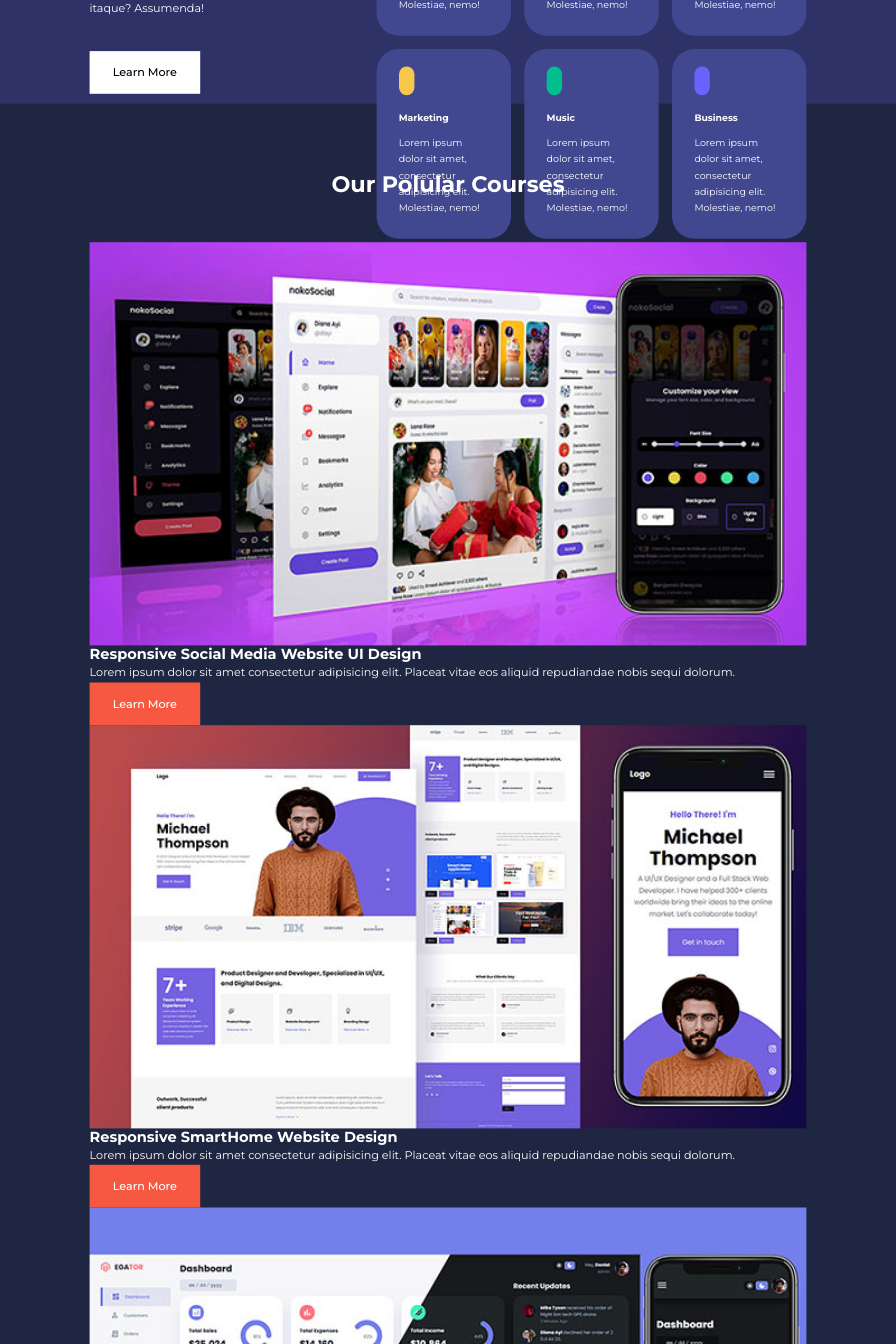
Repository: QUANGTHAI2003/education-web
Page: index.html
The author's editor kept a copy of each file at every save. The page is drawn from the files as they stood at one save, then again after the next save.
The browser window is 1280 px wide. The pictures show the part of the page from y = 900 to 2820 px (the page is 3410 px tall before and 3570 px after), at 70% of full size.
Some icons come from a web library that is not loaded, so they are not drawn.

Above is the page before, as saved 2022-03-11 14:41:07.

After the next save:
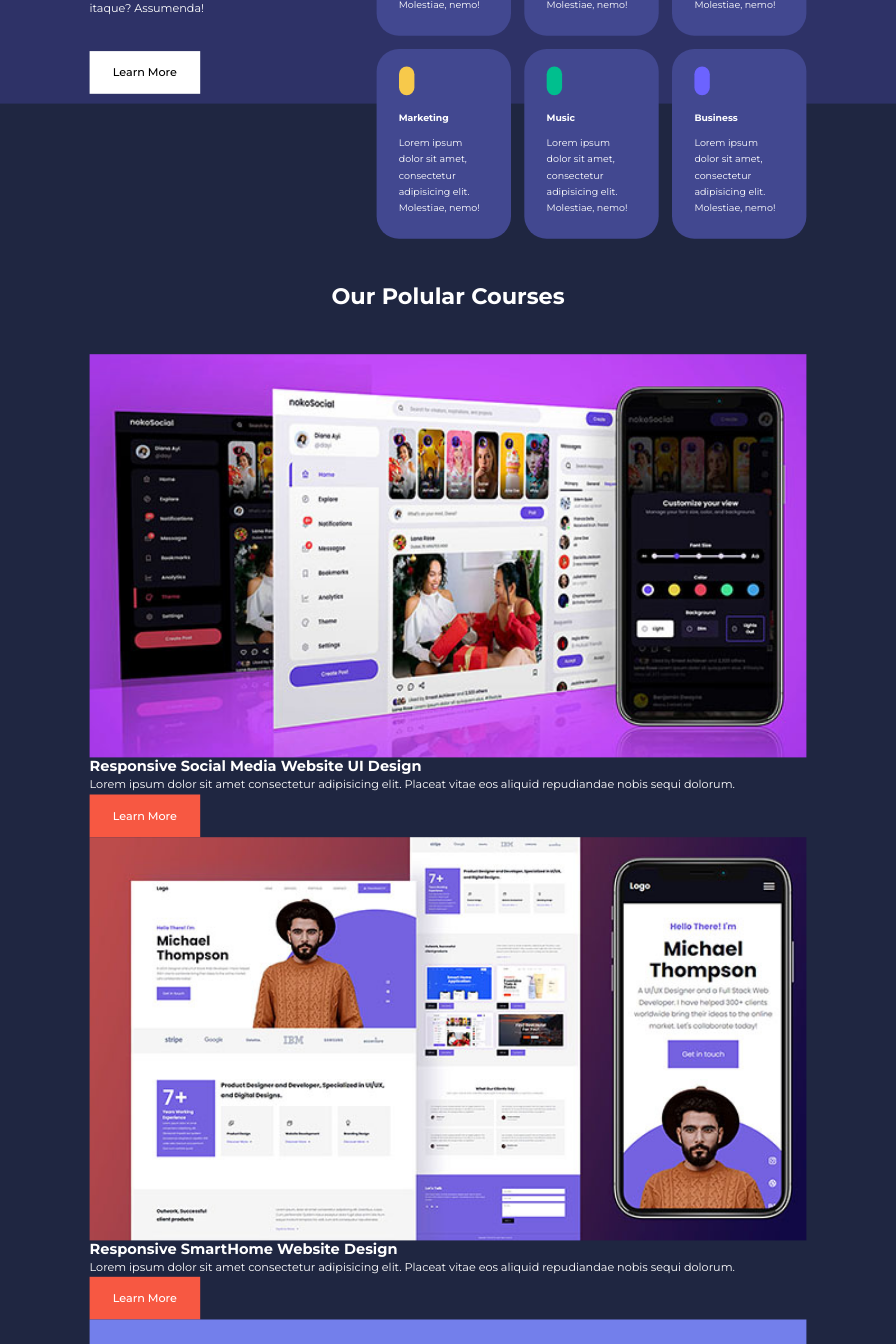
Saved 55 s later.
--- a/css/style.css
+++ b/css/style.css
@@ -237,3 +237,7 @@ header {
 .category p {
     font-size: 0.85rem;
 }
+
+.courses {
+    margin-top: 10rem;
+}
